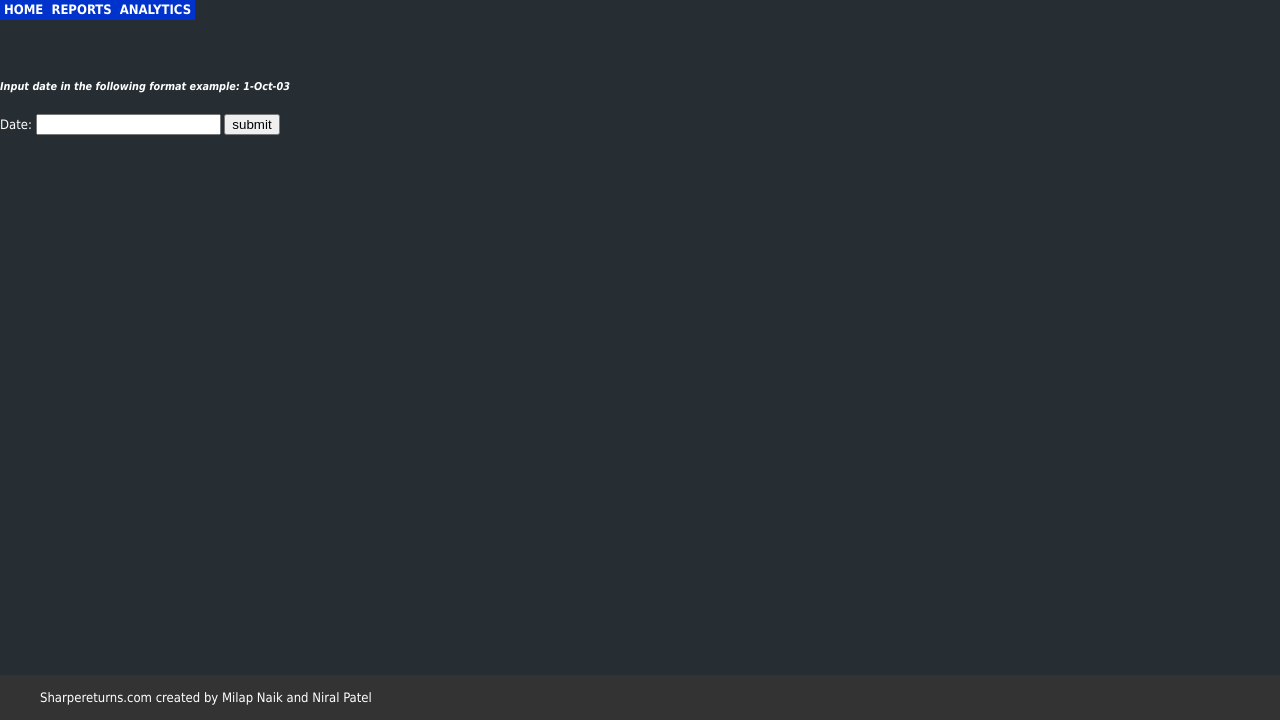
Repository: MilapNaik/Sharpereturns
Page: analytics.html
The author's editor kept a record of every edit. The page is drawn from the files as they stood at one moment, then again after the next edit.
The browser window is 1280 px wide. The pictures show the whole page.

Above is the page before.
Console error: TypeError: Cannot set properties of null (setting 'onsubmit')

### analytics.html
<!DOCTYPE html>
<html>
<head>
<meta charset="UTF-8">

	<title>BSE Review</title>

	<link rel="stylesheet" type="text/css" href="style.css"/>
    <script type="text/javascript" src="validate.js"></script>

	<!--[if lt IE 9]>
  	<script src="http://html5shiv.googlecode.com/svn/trunk/html5.js"></script>
  	<![endif]-->
</head>
<body>
	<nav>
	<ul>
		<li><a href="/index.html">Home</a></li>
		<li><a href="/reports.html">Reports</a></li>
		<li><a href="/analytics.html">Analytics</a></li>
	</ul>
	</nav>

	<br>
	<br>

	<h5> Input date in the following format example: 1-Oct-03 </h5>

    <form name = "myForm" action="date.php" onsubmit = "return validateForm()" method="post">
        Date: <input type="text" name="date">
        <button class = "submit">submit</button>
    </form>

    <br>
    <br>

</body>
<footer>
	<p>Sharpereturns.com created by Milap Naik and Niral Patel</p>
</footer>
</html>

### style.css
header, footer, aside, nav, main, article, figure {
    display: block;
}

body {
    margin: 0;
    padding: 0;
    color: #FFFFFF;
    font-family: Tahoma, Geneva, sans-serif;
    font-size: 13px;
    line-height: 1.5em;
    background-color: #262e34;

}
nav ul {
    list-style-type: none;
    margin: 0;
    padding: 0;
    overflow: hidden;
    width: 900px;

}
nav ul li {
    list-style-type: none;
    display: inline;
    float: left;
}

nav a:link, a:visited {
    /*display: block;*/
    width: 135px;
    font-weight: bold;
    color: #FFFFFF;
    background-color: #0033CC;
    text-align: center;
    padding: 4px;
    text-decoration: none;
    text-transform: uppercase;
}

h3{ font-weight:bold; }
h5{ font-style: italic; }

p{ margin-left: 40px; }

#holders {
    /*Table in reports*/
    width:70%;
    margin-left:15%;
    margin-right:15%;
    }

section a:link, a:visited {
    /*group of links in index & share*/
    display: block;
    width: 130px;
    color: #FFFFFF;

    text-align: center;
    border: 4px solid black;
    border-radius: 20px;
    text-decoration: none;
}

section ul li{
    list-style-type: none;
    float: left;
}


footer {
    background-color: #333;
    width: 100%;
    bottom: 0;
    position: fixed;
}

.date{
    position: absolute;
    right: 0px;
    bottom: 0px;
}

### validate.js
function validateForm() {
    var inputdate = document.myForm["date"].value;
    var compdate = /^\(?([0-9]{2})\)?[-. ]?([0-9]{2})[-. ]?([0-9]{4})$/;

    if(inputdate.match(compdate))  {
        return true;
    }
    else  {
        alert("Please inpute date e.g. 1-Oct-03");
        return false;
    }

}

var form = document.getElementById("myForm");
form.onsubmit = validateForm;

After the next edit:
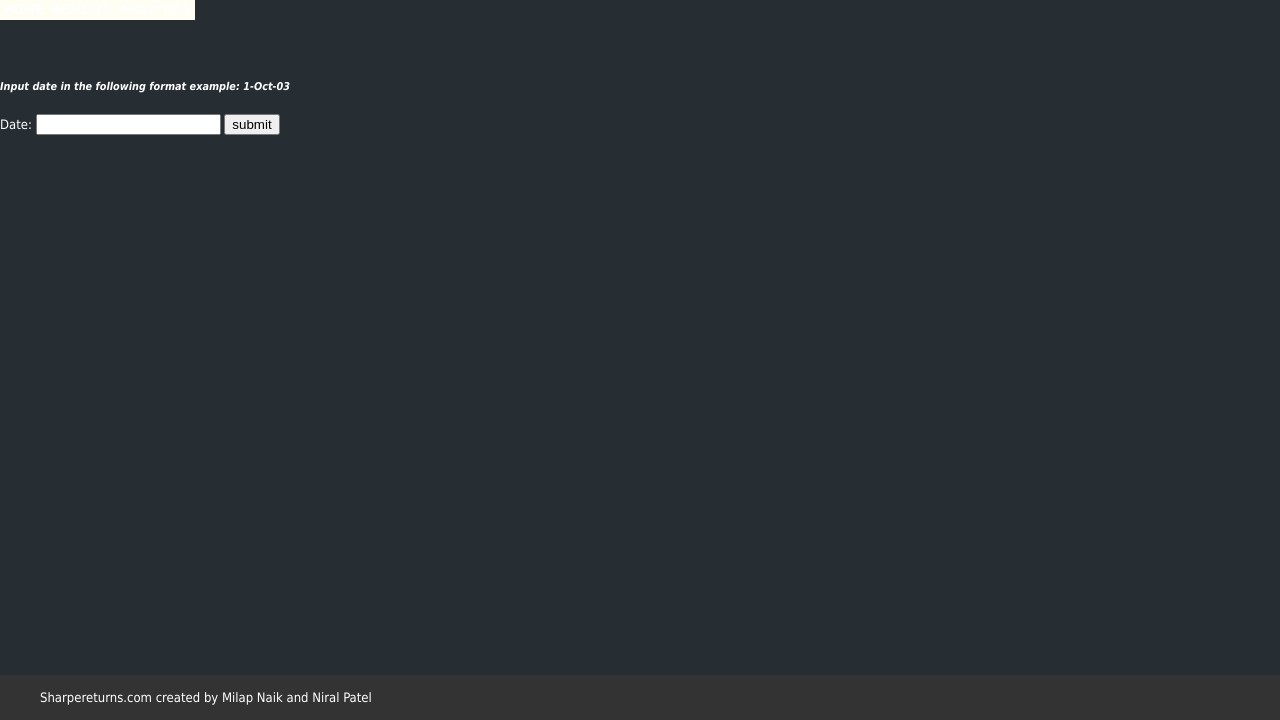
The edit:
--- a/style.css
+++ b/style.css
@@ -31,7 +31,7 @@
     width: 135px;
     font-weight: bold;
     color: #FFFFFF;
-    background-color: #0033CC;
+    background-color: #FEFEF2; /*#0033CC;*/
     text-align: center;
     padding: 4px;
     text-decoration: none;
